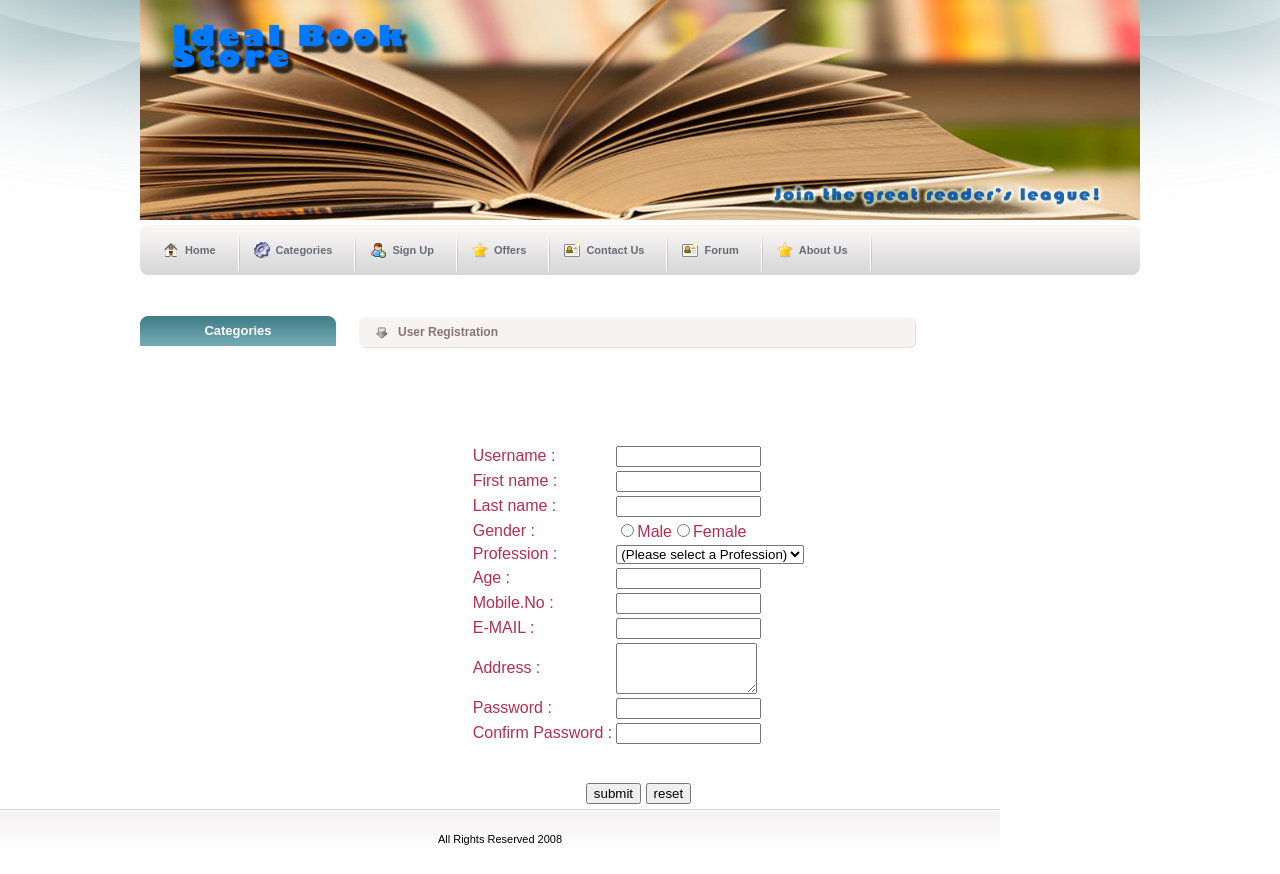
Repository: tusharjain887/Online-Book-Sales
Page: http://localhost/OnlineBook/registration.jsp
An editor plug-in stored every save of this project. The page is shown before and after the next save, followed by the edit.
The browser window is 1280 px wide. The pictures show the whole page.
The page is served by Tomcat 9. Queries for data that is not in the repository find no rows.

Above is the page before, as saved 2013-04-09 12:33:21.

### PROJECT/workspace/workspace/OnlineBook/WebContent/registration.jsp
<%@ page import="java.sql.*"%>
<%@ page import="java.io.*"%>
<%@ page import="java.util.*"%>
<%@ page import="java.lang.*"%>

<!DOCTYPE html PUBLIC "-//W3C//DTD XHTML 1.0 Transitional//EN" "http://www.w3.org/TR/xhtml1/DTD/xhtml1-transitional.dtd">
<html xmlns="http://www.w3.org/1999/xhtml">
<head>
<title>Sign Up</title>
<meta http-equiv="Content-Type" content="text/html; charset=windows-1252" />
<link rel="stylesheet" type="text/css" href="style.css" />
<!--[if IE 6]>
<link rel="stylesheet" type="text/css" href="iecss.css" />
<![endif]-->
<script type="text/javascript" src="js/boxOver.js"></script>

<script type="text/javascript">
function formValidation()
{
var username = document.myForm.username;
var name = document.myForm.name;
var age = document.myForm.age;
var phone1 = document.myForm.phone1;
var email = document.myForm.email;
var address = document.myForm.address;
var pwd = document.myForm.pwd;
var pwd1 = document.myForm.pwd1;

//username
var uid_len = username.value.length;
var alphanum = /^[0-9a-zA-Z]+$/;
if (uid_len == 0)
{
alert('Username should not be empty.');
username.focus();
return false;
}
else if ((!username.value.match(alphanum)))
{
alert('Username must have alphanumeric characters only.');
username.focus();
return false;
}

//Name
var letters = /^[A-Za-z]+$/;
if(name.value.length==0)
{
	alert('Name should not be empty');
	name.focus();
	return false;
}
else if(!name.value.match(letters))
{
	alert('Name must have alphabet characters only');
	name.focus();
	return false;
}


if ( ( myForm.gender[0].checked == false ) && ( myForm.gender[1].checked == false ))
{
alert('Please select your gender!');
return false;
}

if(document.myForm.pro.selectedIndex==0)
{
alert("Please select your profession!");
document.myForm.pro.focus();
return false;
}

var numbers = /^[0-9]+$/;
if(age.value.length==0)
{
	alert('Please enter your age!');
	age.focus();
	return false;
}
else if(!age.value.match(numbers))
{
	alert('Age must have numeric characters only.');
	age.focus();
	return false;
}
else if(age.value.length>2)
{
	alert('Age must be less than 100');
	age.focus();
	return false;
}

if(phone1.value.length==0)
{
	alert('Please enter your Mobile number!');
	phone1.focus();
	return false;
}
else if(!phone1.value.match(numbers))
{
	alert('Mobile number must have numeric characters only.');
	phone1.focus();
	return false;
}
else if(!(phone1.value.length==10))
{
	alert('Mobile number must be equal to 10');
    phone1.focus();
	return false;
}

var mailformat = /^\w+([\.-]?\w+)*@\w+([\.-]?\w+)*(\.\w{2,3})+$/;
if(email.value.length==0)
	{
	alert("Please enter your email addres!");
	email.focus();
	return false;
	}
else if(!email.value.match(mailformat))
    {
	alert("You have entered an invalid email address!");
	email.focus();
	return false;
}


if(address.value.length==0)
{
	alert('Please enter your address!');
	age.focus();
	return false;
}


var pwd_len = pwd.value.length;
if (pwd_len == 0)
{
alert("Please enter your password!");
pwd.focus();
return false;
}
else if( pwd_len > 15 || pwd_len < 5)
{
	alert("Password should be between 5 to 15");
	pwd.focus();
	return false;
}

pwd_len = pwd1.value.length;
if (pwd_len == 0)
{
alert("Please confirm your password");
pwd1.focus();
return false;
}
else if( pwd_len > 15 || pwd_len < 5)
{
	alert("Password should be between 5 to 15");
	pwd1.focus();
	return false;
}

if(pwd.value!=pwd1.value)
{
alert("Password mismatch");
pwd.focus();
return false;
}



return true;
}
</script>
</head>
<body>
<div id="main_container">

  <div id="header">

  </div>

  <div id="main_content">
    <div id="menu_tab">
      <div class="left_menu_corner"></div>
      <ul class="menu">
        <li><a href="index.jsp" class="nav1"> Home</a></li>
        <li class="divider"></li>
        <li><a href="categories.jsp" class="nav2">Categories</a></li>
        <li class="divider"></li>
        <li><a href="registration.jsp" class="nav4">Sign Up</a></li>
        <li class="divider"></li>
        <li><a href="news.jsp" class="nav3">Offers</a></li>
        <li class="divider"></li>
        <li><a href="contact.jsp" class="nav6">Contact Us</a></li>
        <li class="divider"></li>
        <li><a href="forum.jsp" class="nav6">Forum</a></li>
        <li class="divider"></li>
        <li><a href="aboutus.jsp" class="nav3">About Us</a></li>
        <li class="divider"></li>

      </ul>
      <div class="right_menu_corner"></div>
    </div>
    <!-- end of menu tab -->
</br></br></br>
    <div class="left_content">
         <div class="title_box">Categories</div>
      <ul class="left_menu">
      <%
      try{
    	  Class.forName("com.ibm.db2.jcc.DB2Driver").newInstance();
	Connection Conn8=DriverManager.getConnection("jdbc:db2://localhost:50000/BOOKS","Rakesh","Rakesh");
	PreparedStatement ps8=Conn8.prepareStatement("SELECT CAT_ID,CAT_NAME FROM CATEGORY");
	ResultSet rs8=ps8.executeQuery();
	while(rs8.next())
    {
		String name=rs8.getString(2);
 	%>
        <li class="even"><%out.println("<a href='viewcategory.jsp?cat_id="+rs8.getString(1)+"'>"+name+"</a>");%></li>
        <%
        }
        %>
      </ul>
      <%
      PreparedStatement ps9=Conn8.prepareStatement("SELECT IMAGEURL FROM ADVERTISEMENT ORDER BY AD_ID DESC LIMIT 0,3");
	ResultSet rs9=ps9.executeQuery();
	while(rs9.next())
    {
		%>
      <div class="banner_adds"><br><br><br> <%out.println("<img src='C:/Uploaded Images/"+rs9.getString(1)+"'></img>");%> </div>
      <%
      }
	ps8.close();
	ps9.close();
	Conn8.close();
      }
      catch(Exception e)
      {
    	  System.out.println(e);
      }
      %>
    </div>
    </div>
    <!-- end of left content -->
    <div class="center_content">
      <div class="center_title_bar">User Registration</div>
      <div style="font-size:16px;color:#B13052;">
      <form name="myForm" action="registration1.jsp" method="post" onsubmit="return formValidation()">
      <center>
<table>
<br><br>

<h3>
<tr>
<td style="margin-bottom: 5px;">Username        : </td>
<td style="margin-bottom: 5px;"><input type=text name="username" size=15></td>
</tr><br>
<tr>
<td style="margin-bottom: 5px;">First name         : </td>
<td style="margin-bottom: 5px;"><input type=text name="name" size=15></td>
</tr><br>
<tr>
<td style="margin-bottom: 5px;">Last name        : </td>
<td style="margin-bottom: 5px;"><input type=text name="lname" size=15></td>
</tr><br>
<tr>
<td style="margin-bottom: 5px;">Gender               :</td>
<td style="margin-bottom: 5px;"><input type="radio" name="gender" value="male" /><span>Male</span><input type="radio" name="gender" value="female" /><span>Female</span></td>
</tr><br>
<tr>
<td style="margin-bottom: 5px;">Profession        : </td>
<td style="margin-bottom: 5px;"><select name="pro">
<option selected="" value="Default">(Please select a Profession)</option>
<option value=Student>Student</option>
<option value=Business>Business</option>
<option value=Govt. Employee>Govt.Employ</option>
<option value=Pvt.Employee>Pvt.Employ</option>
</select></td>
</tr>
<tr>
<td style="margin-bottom: 5px;">Age               :</td>
<td style="margin-bottom: 5px;"><input type=text name="age"size=15></td>
</tr>
<tr>
<td style="margin-bottom: 5px;">Mobile.No         :</td>
<td style="margin-bottom: 5px;"><input type=text name="phone1" size=15></td>
</tr>
<tr>
<td style="margin-bottom: 5px;">E-MAIL            :</td>
<td style="margin-bottom: 5px;"><input type=text name="email" size=15></td>
</tr>
<tr>
<td style="margin-bottom: 5px;">Address          : </td>
<td style="margin-bottom: 5px;"><textarea rows=3 cols=15 name="address" size=15></textarea></td>
</tr>
<tr>
<td style="margin-bottom: 5px;">Password          : </td>
<td style="margin-bottom: 5px;"><input type=password name="pwd" size=15></td>
</tr>
<tr>
<td style="margin-bottom: 5px;">Confirm Password  : </td>
<td style="margin-bottom: 5px;"><input type=password name="pwd1" size=15></td>
</tr></h3>
</table>
<br><br>


<input type=submit value="submit">
<input type=reset value="reset">
</center>
</form>
</div>
    </div>
    <!-- end of center content -->
    <div class="right_content">
     <br><br><br>
    </div>
    <!-- end of right content -->
  </div>
  <!-- end of main content -->
  </br></br>
  <div class="footer">
    <br><br>
    <center> All Rights Reserved 2008</center>
      </div>

<!-- end of main_container -->
</body>
</html>

### PROJECT/workspace/workspace/OnlineBook/WebContent/style.css
body
{
background:url(images/bg.jpg) no-repeat #fff center top;
padding:0;
font-family:Arial, Helvetica, sans-serif;
font-size:11px;
margin:0px auto auto auto;
color:#000;
}
p{
padding:2px;
margin:0px;
}
#main_container{
width:1000px;
height:auto;
margin:auto;
padding:0px;
}
.top_bar{
width:1000px;
height:38px;
background-color:#4a4a4a;
}
.top_search{
width:370px;
height:32px;
margin:0px 20px 0 0;
_margin:0px 10px 0 0;
float:right;
background:url(images/top_search_bg.gif) no-repeat center;
}
input.search_input{
width:182px;
height:18px;
float:left;
margin:5px 0 0 0 ;
border:1px solid #dbdbdb;
border-bottom-color:#ffffff;
border-right-color:#ffffff;
}
.search_text{
float:left;
width:110px;
padding:8px 0 0 15px;
color:#999999;
}
.search_text a{
text-decoration:none;
color:#999999;
}
.search_bt{
float:left;
padding:2px 0 0 15px;
}
.languages{
float:right;
width:150px;
padding:8px 0 0 0;
}
.lang_text{
float:left;
padding:0 5px 0 0;
color:#b3adad;
}
a.lang{
display:block;
float:left;
padding:0 5px 0 5px;
}
#header{
width:1000px;
height:220px;
background:url(images/book4.jpg) no-repeat center;
background-position:0px 0px;
background-size:1000px 220px;
margin=0;
}
.logout{
	float:right;
	font-size:14px;
	color: green;
	font-weight: bold;
}
.logout a,.logout a:hover {
	color: B13052;
}

}
#logo{
padding:15px;
}
#templatemo_header {
	clear: both;
	width: 1000px;
	height: 200px;
	padding: 0;
	margin: 0;
	background: url(images/templatemo_header_bg.jpg) no-repeat;
}

#templatemo_header a,a:hover {
	color: #000;
}

#templatemo_header #templatemo_special_offers {
	float: left;
	font-size: 14px;
	margin-top: 95px;
	margin-left: 490px;
	width: 180px;
}

#templatemo_special_offers a {
	font-size: 12px;
}

#templatemo_special_offers  p {
	margin: 0 0 20px 0;
}
#templatemo_special_offers p span {
	font-size: 18px;
}

#templatemo_header #templatemo_new_books {
	float: left;
	margin-top: 90px;
	margin-left: 55px;
	width: 180px;
}

#templatemo_new_books ul {
	 margin: 0 0 10px 0;
	 padding: 0 0 0 20px;
}

#templatemo_new_books li {
	 margin: 0;
	 padding: 0;
}

/*------------------------------oferte_content-----------------------*/
.oferte_content{
width:600px;
height:264px;
float:left;
padding:0 0 0 50px;
}
.top_divider{
float:left;
width:1px;
height:164px;
}
.oferta{
width:538px;
float:left;
padding:15px 30px 0 30px;
}
.oferta_img{
float:left;
padding:0 0 10px 0;
}
.oferta_title{
font-size:15px;
color:#b72c24;
font-weight:bold;
}
.oferta_details{
width:400px;
float:left;
padding:0 0 0 30px;
}
.oferta_text{
padding:5px 0 5px 0;
font-size:12px;
color:#FFFFFF;
text-align:justify;
line-height:15px;
}
a.details{
width:83px;
height:21px;
display:block;
float:right;
margin:5px 0 0 0;
padding-left:5px;
background:url(images/details_bt_bg.gif) no-repeat center;
text-align:center;
line-height:21px;
text-decoration:none;
color:#000000;
}
/*---------------------oferta_pagination-----------------------------*/

div.oferta_pagination {
clear:both;
padding:10px 0 0 0;
_padding:0px 0 0 0;
margin:5px;
text-align:center;
float:left;
font-size:10px;
}

div.oferta_pagination a {
width:22px;
height:22px;
display:block;
float:left;
margin:0 0 0 5px;
_margin:0 0 0 3px;
line-height:23px;
text-align:center;
background:url(images/pag_bg.gif) no-repeat center;
text-decoration:none;
color:#9d8b8b;
}
div.oferta_pagination a:hover, div.pagination a:active {
width:22px;
height:22px;
display:block;
float:left;
line-height:23px;
text-align:center;
background:url(images/pag_bg_a.gif) no-repeat center;
text-decoration:none;
color:#ad1614;
}
div.oferta_pagination span.current {
width:22px;
height:22px;
display:block;
float:left;
line-height:23px;
text-align:center;
background:url(images/pag_bg_a.gif) no-repeat center;
text-decoration:none;
color:#ad1614;
}
#main_content{
clear:both;
}
/*---------------- menu tab----------------------*/
#menu_tab{
width:1000px;
height:50px;
background-color:#fff;
margin-top:5px;
}
.left_menu_corner{
width:9px;
height:50px;
float:left;
background:url(images/menu_left.gif) no-repeat center;
}
.right_menu_corner{
width:9px;
height:50px;
float:left;
background:url(images/menu_right.gif) no-repeat center;
}
ul.menu {
list-style-type:none; float:left; display:block; width:982px;
margin:0px; padding:0px;background:url(images/menu_bg.gif) repeat-x;}

ul.menu li {
display:inline;
font-size:11px;
font-weight:bold;
line-height:50px;
}
ul.menu li.divider {
display:inline;
width:2px;
height:50px;
float:left;
background:url(images/menu_divider.gif) no-repeat center;
}

a.nav1:link, a.nav1:visited {
display:block; float:left; padding:0px 8px 0px 22px; margin:0 14px 0 14px;height:50px;text-decoration:none; background:url(images/home.png) no-repeat left; color:#676d77;}
a.nav2:link, a.nav2:visited {
display:block; float:left; padding:0px 8px 0px 22px; margin:0 14px 0 14px;height:50px;text-decoration:none; background:url(images/services.png) no-repeat left; color:#676d77;}
a.nav3:link, a.nav3:visited {
display:block; float:left; padding:0px 8px 0px 22px; margin:0 14px 0 14px;height:50px;text-decoration:none; background:url(images/favs.png) no-repeat left; color:#676d77;}
a.nav4:link, a.nav4:visited {
display:block; float:left; padding:0px 8px 0px 22px; margin:0 14px 0 14px;height:50px;text-decoration:none; background:url(images/user_add.png) no-repeat left; color:#676d77;}
a.nav5:link, a.nav5:visited {
display:block; float:left; padding:0px 8px 0px 22px; margin:0 14px 0 14px;height:50px;text-decoration:none; background:url(images/car.png) no-repeat left; color:#676d77;}
a.nav6:link, a.nav6:visited {
display:block; float:left; padding:0px 8px 0px 22px; margin:0 14px 0 14px;height:50px;text-decoration:none; background:url(images/contact-new.png) no-repeat left; color:#676d77;}

a.nav1:hover, a.nav2:hover, a.nav3:hover, a.nav4:hover, a.nav5:hover, a.nav6:hover {
color:#333333;}


li.currencies{
width:180px;
float:left;
padding:0 0 0 15px;
_padding:12px 0 0 15px;
color:#676d77;
font-size:11px;
font-weight:bold;
}
/*----------------crumb_navigation-------------*/
.crumb_navigation{
width:980px;
height:15px;
padding:5px 10px 0 20px;
color:#333333;
background:url(images/navbullet.png) no-repeat left;
background-position:5px 6px;
}
.crumb_navigation a{
color:#0fa0dd;
text-decoration:underline;
}
span.current{
color:#0fa0dd;
}

/*-------------left_content------------------*/
.left_content{
width:196px;
float:left;
}
.title_box{
width:196px;
height:30px;
margin:5px 0 0 0;
background:url(images/menu_title_bg.gif) no-repeat center;
text-align:center;
font-size:13px;
font-weight:bold;
color:#fff;
line-height:30px;
}
/*--------left menu---------*/
ul.left_menu{
width:196px;
padding:0px;
margin:0px;
list-style:none;
}
ul.left_menu li{
margin:0px;
list-style:none;
}
ul.left_menu li.odd a{
width:166px;height:25px;display:block;background:url(images/checked.png) no-repeat left #dad0d0; background-position:5px 5px;border-bottom:1px #FFFFFF solid;
text-decoration:none;color:#504b4b;padding:0 0 0 30px; line-height:25px;
}
ul.left_menu li.even a{
width:166px;height:25px;display:block;background:url(images/checked.png) no-repeat left #eee6e6;background-position:5px 5px;border-bottom:1px #FFFFFF solid;
text-decoration:none;color:#504b4b;padding:0 0 0 30px; line-height:25px;
}
ul.left_menu li.even a:hover, ul.left_menu li.odd a:hover{
background:url(images/checked.png) no-repeat left #7bbcc7; color:#FFFFFF;background-position:5px 5px;
}

.border_box{
width:194px;
height:auto;
text-align:center;
border:1px #6da6b1 solid;
}
.product_title{
color:#ea2222;
padding:5px 0 5px 0;
font-weight:bold;
}
.product_title a{
text-decoration:none;
color:#ea2222;
padding:5px 0 5px 0;
font-weight:bold;
}
.product_title a:hover{
color:#064E5A;
}
.product_img{
padding:5px 0 5px 0;
}
.prod_price{
padding:5px 0 5px 0;
}
span.reduce{
color:#ea2222;
text-decoration:line-through;
}
span.price{
color:#ea2222;
}
/*----------newsletter--------------*/
input.newsletter_input{
width:160px;
height:16px;
border:1px #ddd9d9 solid;
margin:10px 0 5px 0;
font-size:12px;
padding:3px;
color:#999999;
}
a.join{
width:17px;
display:block;
margin:5px 0 5px 140px;
_margin:5px 0 5px 130px;
background:url(images/blue-add.png) no-repeat left;
padding:0 0 0 20px;
text-decoration:none;
color:#1c4a52;
}
.banner_adds{
width:194px;
text-align:center;
padding:10px 0 10px 0;
}

/*center content--------------------------*/
.center_content{
width:585px;
float:left;
padding:5px 10px;
}
.center_title_bar{
width:520px;
height:33px;
float:left;
padding:0 0 0 40px;
margin:0 0 0 12px;
_margin:0 0 0 6px;
line-height:33px;
font-size:12px;
color:#847676;
font-weight:bold;
background:url(images/bar_bg.gif) no-repeat center;
}

/*----------------------right content--------------*/
.right_content{
width:196px;
float:left;
padding:5px 0 0 0;
}
.shopping_cart{
width:195px;
height:84px;
text-align:center;
background:url(images/cart_bg.gif) no-repeat center;
}
.cart_title{
font-size:12px;
font-size:12px;
color:#847676;
font-weight:bold;
padding:8px 0 0 0;
}
.cart_details{
width:115px;
float:left;
padding:5px 0 0 15px;
text-align:left;
}
.cart_icon{
float:left;
padding:5px 0 0 5px;
}
span.border_cart{
width:100px;
height:1px;
margin:3px 0 3px 0;
display:block;
border-top:1px #999999 dashed;
}
/*---------prod_box----------*/
.prod_box{
width:173px;
height:auto;
float:left;
padding:10px 10px 10px 11px;
}
.top_prod_box{
width:173px;height:12px;background:url(images/product_box_top.gif) no-repeat center bottom;float:left; padding:0px; margin:0px;
}
.bottom_prod_box{
width:173px;height:10px;background:url(images/product_box_bottom.gif) no-repeat center top;float:left;padding:0px; margin:0px;
}
.center_prod_box{
width:173px;height: auto;background:url(images/product_box_center.gif) repeat-y;float:left; text-align:center;padding:0px; margin:0px;
}
.prod_details_tab{
width:173px;
height:31px;
float:left;
background:url(images/products_details_bg.gif) no-repeat center;
margin:3px 0 0 0;
}
img.left_bt{
float:left;
padding:6px 0 0 6px;
}
a.prod_details{
width:25px;
display:block;
float:left;
background:url(images/square-blue-add.gif) no-repeat left;
padding:0 0 0 20px;
margin:7px 0 0 38px;
_margin:6px 0 0 35px;
text-decoration:none;
color:#0fa0dd;
}
/*---------prod_box_big----------*/
.prod_box_big{
width:554px;
height:auto;
float:left;
padding:10px 10px 10px 15px;
}
.top_prod_box_big{
width:554px;height:12px;background:url(images/details_box_top.gif) no-repeat center bottom;float:left; padding:0px; margin:0px;
}
.bottom_prod_box_big{
width:554px;height:12px;background:url(images/details_box_bottom.gif) no-repeat center top;float:left;padding:0px; margin:0px;
}
.center_prod_box_big{
width:554px;height: auto;background:url(images/details_box_center.gif) repeat-y;float:left; text-align:center;padding:0px; margin:0px;
}
.product_img_big{
width:170px;
padding:5px 0 5px 10px;
float:left;
}
.details_big_box{
width:345px;
float:left;
padding:0 0 0 15px;
text-align:left;
}
.product_title_big{
color:#ea2222;
padding:5px 0 5px 0;
font-weight:bold;
font-size:14px;
}
.specifications{
font-size:12px;
font-weight:bold;
line-height:18px;
}
.thumbs{
padding:8px 5px 8px 5px;
border:1px #DFD1D1 solid;
margin:3px 0 0 0;
}
.thumbs a{
padding:3px;
}
.prod_price_big{
padding:5px 0 5px 0;
font-size:16px;
}
span.reduce{
color:#ea2222;

}
span.price{
color:#ea2222;
}
a.addtocart{
width:76px;
height:27px;
display:block;
float:left;
background:url(images/addtocart.gif) no-repeat left;
padding:0 0 0 33px;
text-decoration:none;
line-height:27px;
color:#1c4a52;
}
a.compare{
width:76px;
height:27px;
display:block;
float:left;
margin:0 0 0 10px;
background:url(images/compare.gif) no-repeat left;
padding:0 0 0 33px;
text-decoration:none;
line-height:27px;
color:#1c4a52;
}
span.blue{
color:#5F9FAB;
}
/*---------------contact_form------------------*/
.contact_form{
width:355px;
float:left;
padding:0px 0 0 75px;
}
.form_row{
width:335px;
clear:both;
padding:10px 0 10px 0;
_padding:5px 0 5px 0;
color:#a53d17;
}
label.contact{
width:75px;
float:left;
font-size:12px;
text-align:right;
padding:4px 5px 0 0;
color: #333333;
}
input.contact_input{
width:253px;
height:18px;
background-color:#fff;
color:#999999;
border:1px #DFDFDF solid;
float:left;
}
textarea.contact_textarea{
width:253px;
height:50px;
font-family:Arial, Helvetica, sans-serif;
font-size:12px;
color: #999999;
background-color:#fff;
border:1px #DFDFDF solid;
float:left;
}
a.contact{
width:99px;
height:27px;
display:block;
float:right;
margin:0 0 0 10px;
background:url(images/contact_bt.gif) no-repeat left;
padding:0 0 0 10px;
text-decoration:none;
line-height:27px;
color:#1c4a52;
}
/*--------------footer----------------*/
.footer{
width:1000px;
clear:both;
height:65px;
background:url(images/footer_bg.gif) repeat-x top;
}
.left_footer{
float:left;
width:300px;
padding:5px 0 0 10px;
}
.right_footer{
float:right;
padding:15px 30px 0 0;
}
.right_footer a{
padding:0 0 0 7px;
text-decoration:none;
color: #666666;
}
.right_footer a:hover{
text-decoration:underline;
}

.center_footer{
float:left;
width:200px;
text-align:center;
color:#666666;
padding:10px 0 0 60px;
}

Loaded but not shown: PROJECT/workspace/workspace/OnlineBook/WebContent/js/boxOver.js (369 lines, source omitted)

After the next save:
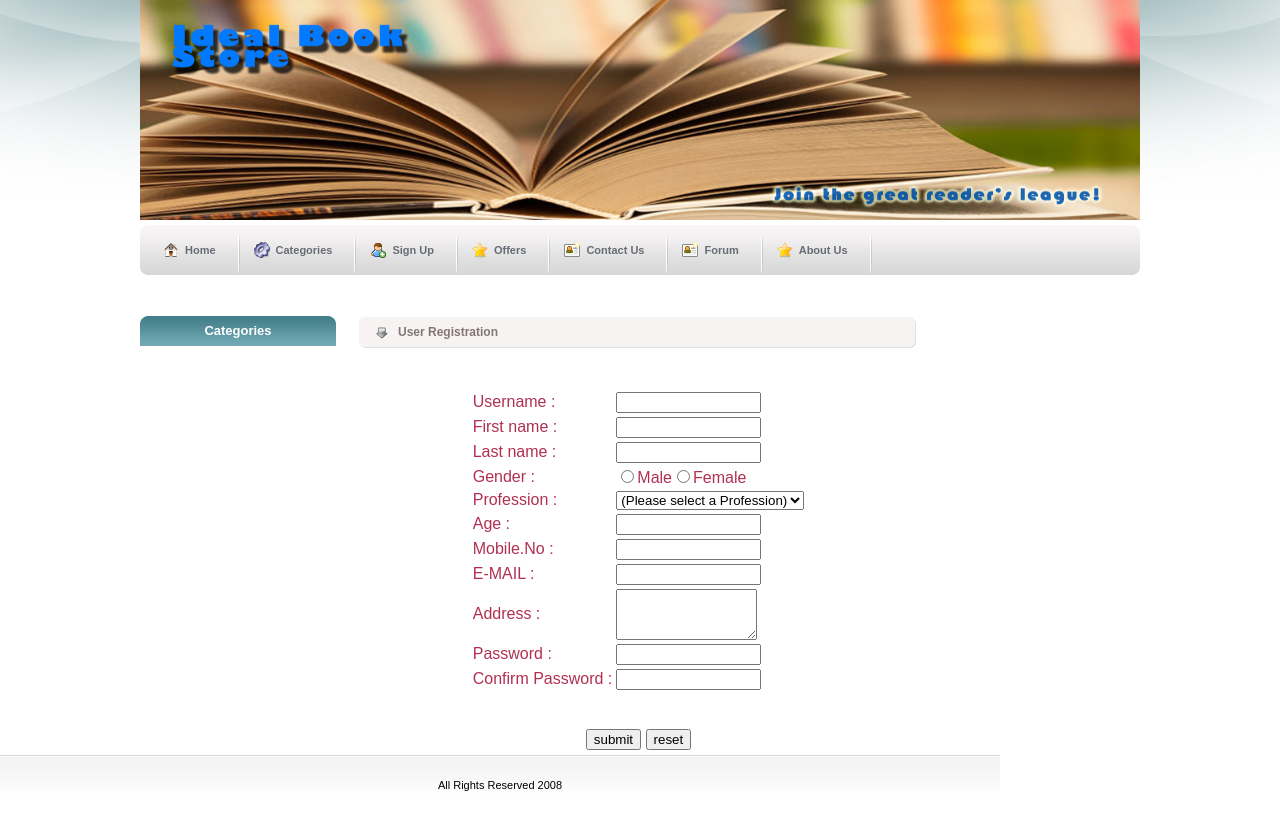
Saved 57 s later.
--- a/PROJECT/workspace/workspace/OnlineBook/WebContent/registration.jsp
+++ b/PROJECT/workspace/workspace/OnlineBook/WebContent/registration.jsp
@@ -250,25 +250,25 @@ return true;
       <form name="myForm" action="registration1.jsp" method="post" onsubmit="return formValidation()">
       <center>
 <table>
-<br><br>
+</br></br>
 
 <h3>
 <tr>
 <td style="margin-bottom: 5px;">Username        : </td>
 <td style="margin-bottom: 5px;"><input type=text name="username" size=15></td>
-</tr><br>
+</tr></br>
 <tr>
 <td style="margin-bottom: 5px;">First name         : </td>
 <td style="margin-bottom: 5px;"><input type=text name="name" size=15></td>
-</tr><br>
+</tr>
 <tr>
 <td style="margin-bottom: 5px;">Last name        : </td>
 <td style="margin-bottom: 5px;"><input type=text name="lname" size=15></td>
-</tr><br>
+</tr>
 <tr>
 <td style="margin-bottom: 5px;">Gender               :</td>
 <td style="margin-bottom: 5px;"><input type="radio" name="gender" value="male" /><span>Male</span><input type="radio" name="gender" value="female" /><span>Female</span></td>
-</tr><br>
+</tr>
 <tr>
 <td style="margin-bottom: 5px;">Profession        : </td>
 <td style="margin-bottom: 5px;"><select name="pro">
